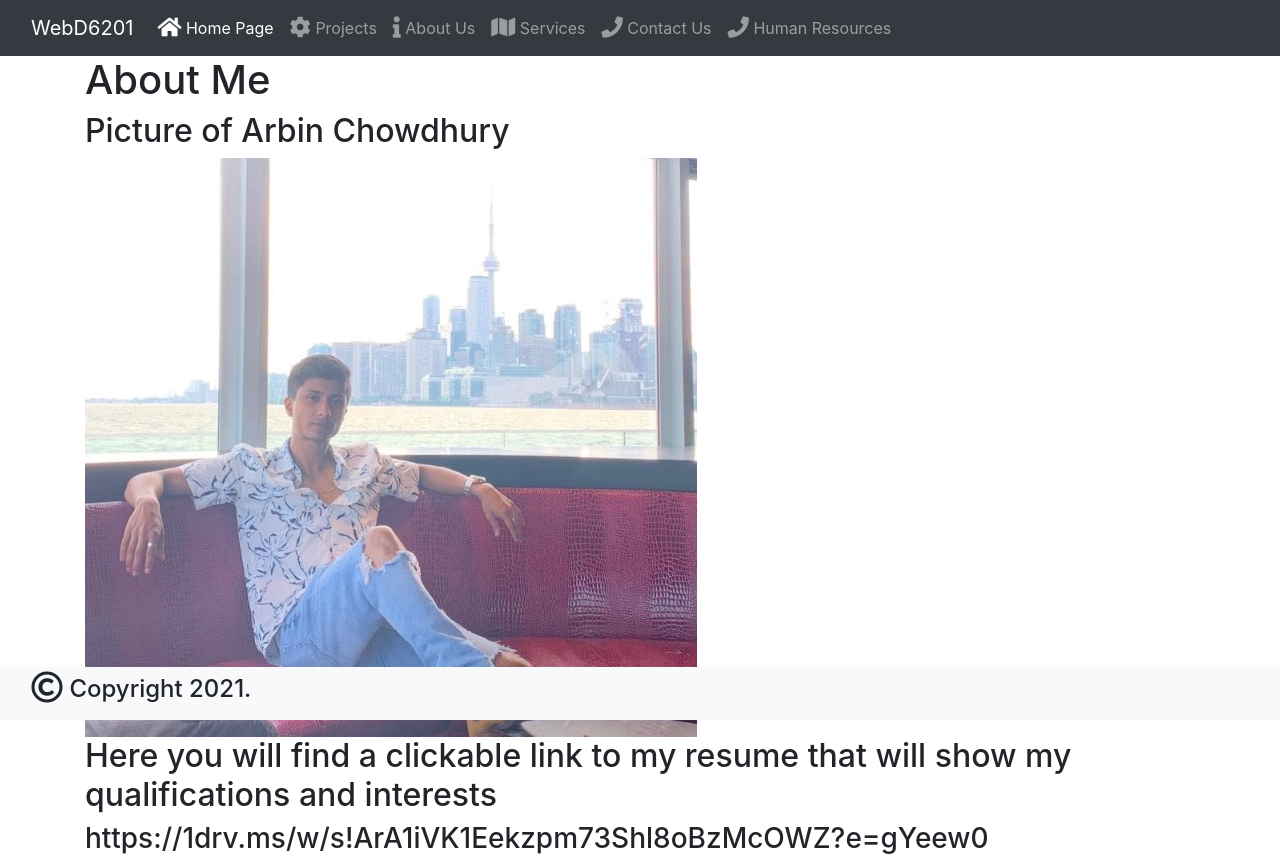
Repository: arbin6ix/ICE-2
Page: about.html
The author's editor kept a copy of each file at every save. The page is drawn from the files as they stood at one save, then again after the next save.
The browser window is 1280 px wide. The pictures show the whole page.

Above is the page before, as saved 2021-02-05 23:03:57.

After the next save:
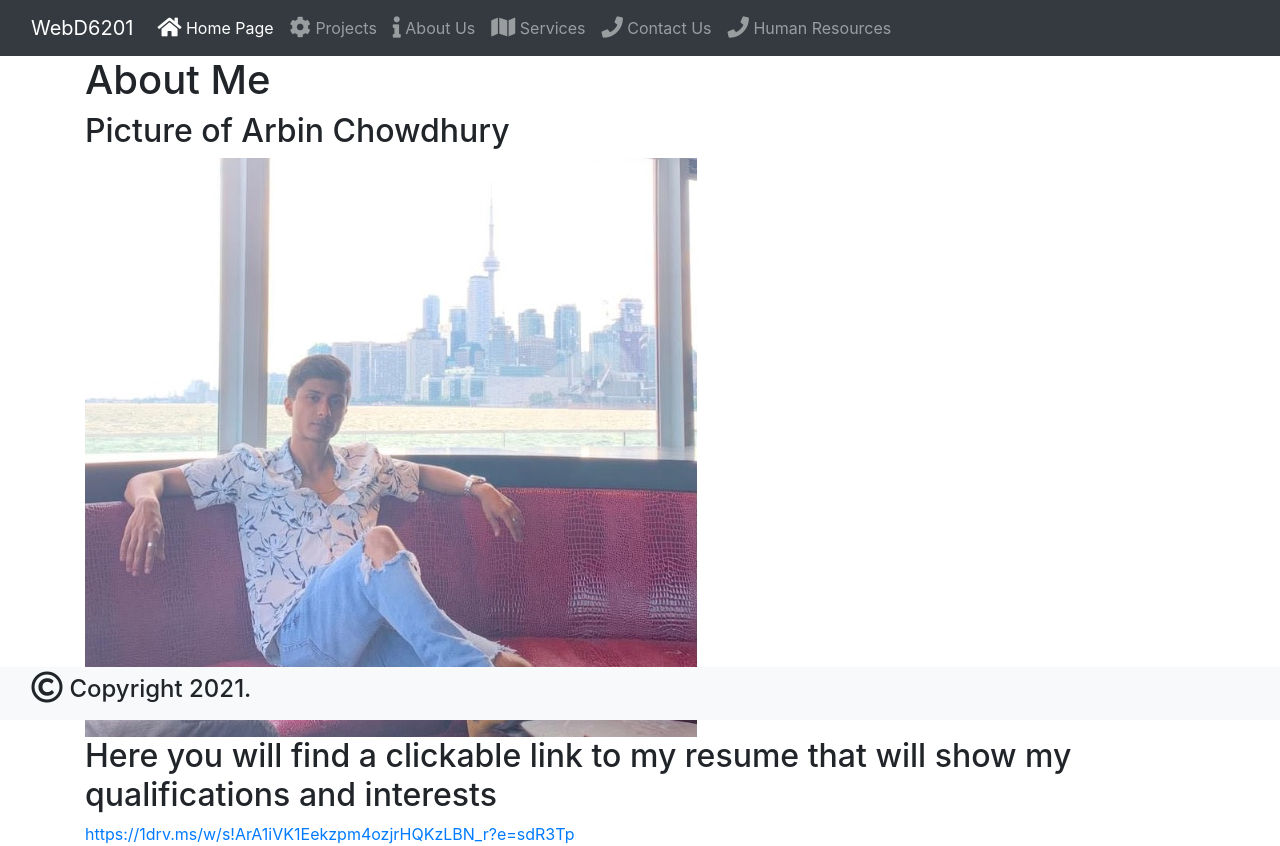
Saved 46 s later.
--- a/about.html
+++ b/about.html
@@ -56,7 +56,7 @@
         <h2>Picture of Arbin Chowdhury</h2>
         <img src="images/me.jpg">
         <h2>Here you will find a clickable link to my resume that will show my qualifications and interests</h2>
-        <h3>https://1drv.ms/w/s!ArA1iVK1Eekzpm73Shl8oBzMcOWZ?e=gYeew0</h3>
+        <a href="url">https://1drv.ms/w/s!ArA1iVK1Eekzpm4ozjrHQKzLBN_r?e=sdR3Tp</a>
 
     </main>
 
